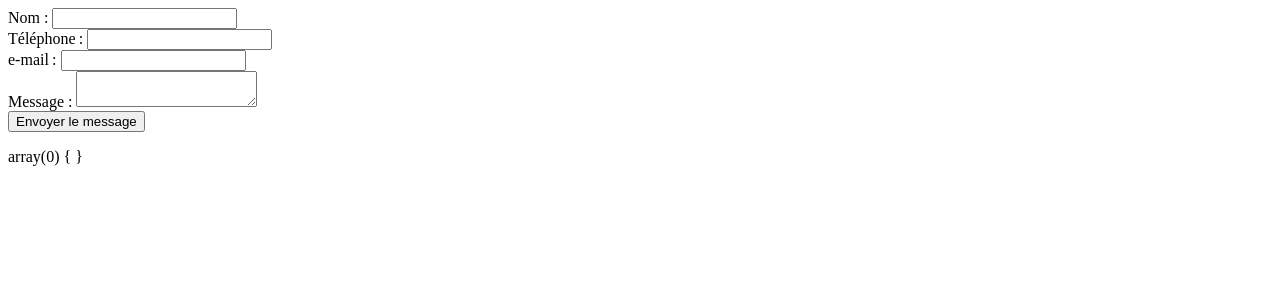
Repository: Val712/quete-Formulaires
Page: http://localhost/form.php
An editor plug-in stored every save of this project. The page is shown before and after the next save, followed by the edit.
The browser window is 1280 px wide. The pictures show the whole page.
The page is run by PHP 8.4 with error messages shown; the project is at /var/www/html/.

Above is the page before, as saved 2019-08-25 02:26:39.

After the next save:
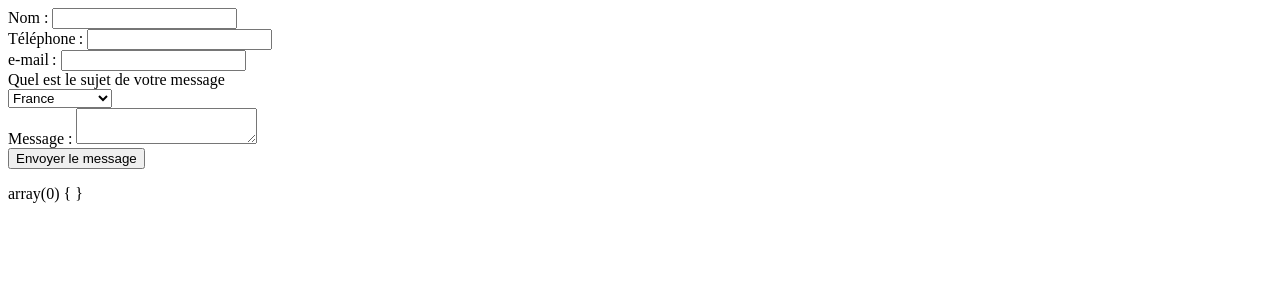
Saved 9 min 24 s later.
--- a/form.php
+++ b/form.php
@@ -11,6 +11,19 @@
         <label for="mail">e-mail :</label>
         <input type="email" id="mail" name="user_mail">
     </div>
+
+    <label for="sujet">Quel est le sujet de votre message</label><br />
+       <select name="sujet" id="sujet">
+           <option value="PHP">France</option>
+           <option value="Symphony">Espagne</option>
+           <option value="MYSQL">Italie</option>
+           <option value="Unix">Royaume-Uni</option>
+           <option value="Intégration">Canada</option>
+           <option value="Git">États-Unis</option>
+           <option value="CSS">Chine</option>
+           <option value="HTML">Japon</option>
+       </select>
+
     <div>
         <label for="msg">Message :</label>
         <textarea id="msg" name="user_message"></textarea>
